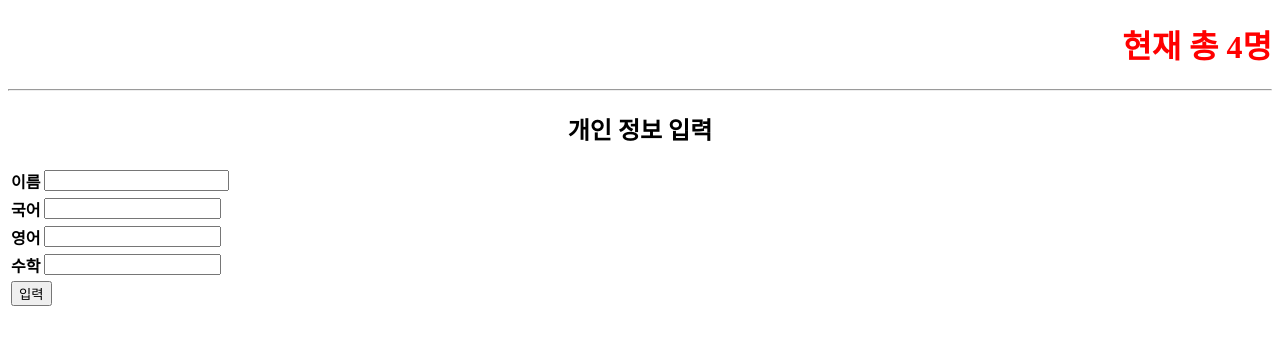
Repository: jim698/Practice
Page: http://localhost/today_test/
These files come from the project's save history. The page is drawn as it stood at one moment and after the next save; the edit follows.
The browser window is 1280 px wide. The pictures show the whole page.
The page is served by Tomcat 9.

Above is the page before, as saved 2020-03-30 06:38:29.

After the next save:
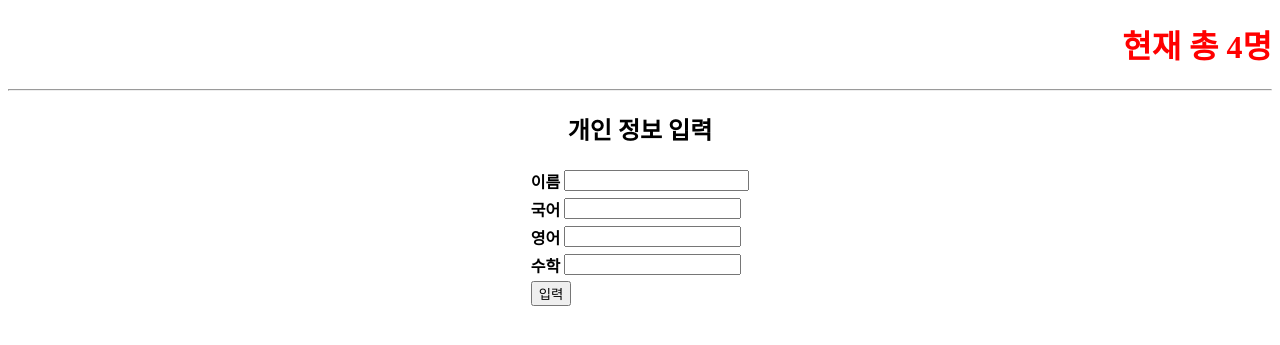
Saved 98 s later.
--- a/today_test/src/main/webapp/index.jsp
+++ b/today_test/src/main/webapp/index.jsp
@@ -8,7 +8,7 @@
 <meta charset="UTF-8">
 <title>Insert title here</title>
 <link href="${conPath }/css/style.css" rel="stylesheet">
-</head>
+<!-- </head> -->
 <body>
 	<jsp:forward page="inputForm.do"></jsp:forward>
 </body>
--- a/today_test/src/main/webapp/css/style.css
+++ b/today_test/src/main/webapp/css/style.css
@@ -10,6 +10,10 @@ h2{
 	text-align: center;
 }
 
+table{
+	margin:0 auto;
+}
+
 .number{
 	width:169px;
 }
